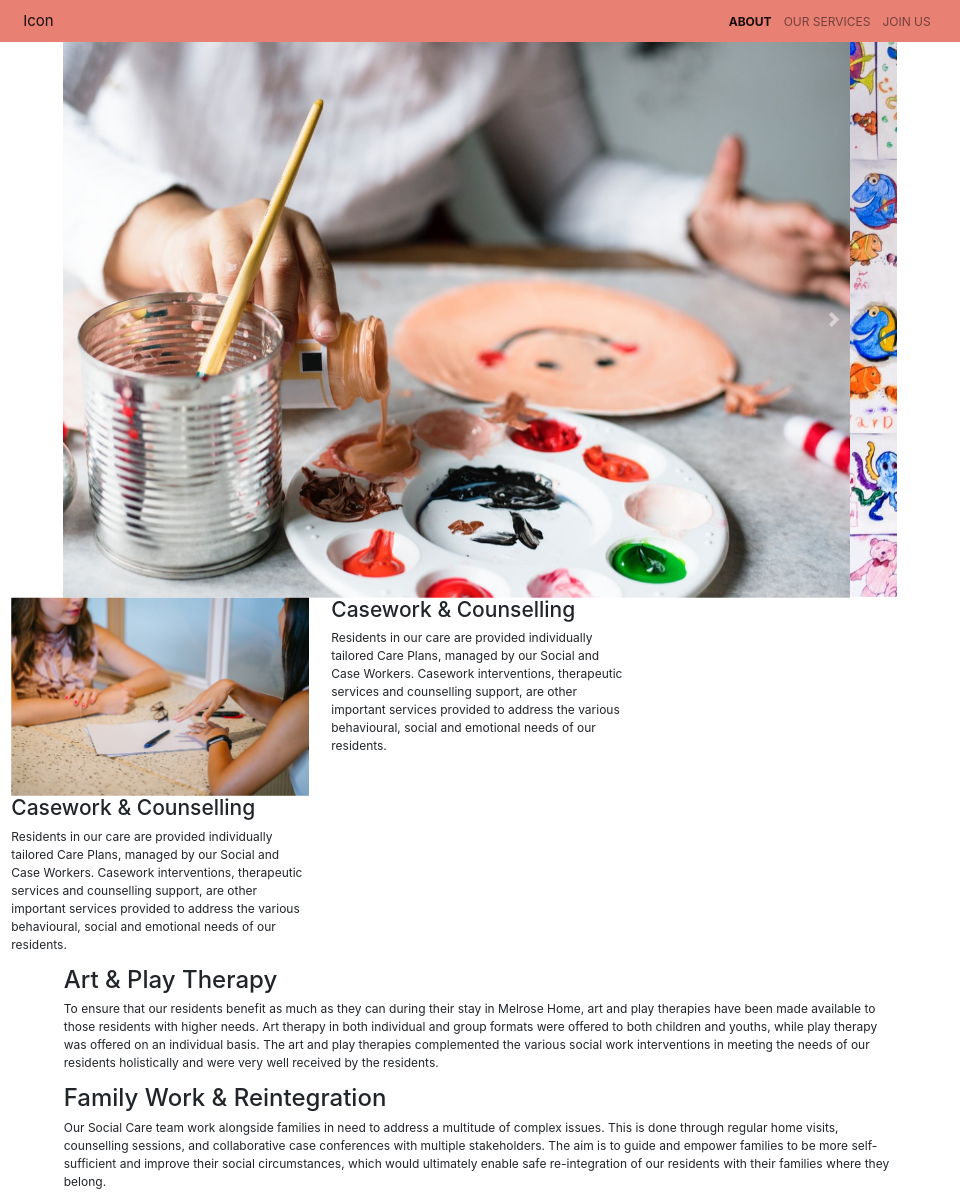
Repository: Code-Institute-Submissions/Jasonngyt-Project1
Page: services.html
The author's editor kept a record of every edit. The page is drawn from the files as they stood at one moment, then again after the next edit.
The browser window is 1280 px wide. The pictures show the whole page, at 75% of full size.
Some web fonts or font styles are not loaded; a fallback is used. Some web libraries are served in a nearby version.

Above is the page before.

### services.html
<!DOCTYPE html>
<html lang="en">
<head>
    <meta charset="UTF-8">
    <meta name="viewport" content="width=device-width, initial-scale=1.0">
    <meta http-equiv="X-UA-Compatible" content="ie=edge">
    <title>Our Services</title>

    <!-- Bootsrap CSS -->
    <link rel="stylesheet" href="https://stackpath.bootstrapcdn.com/bootstrap/4.3.1/css/bootstrap.min.css" integrity="sha384-ggOyR0iXCbMQv3Xipma34MD+dH/1fQ784/j6cY/iJTQUOhcWr7x9JvoRxT2MZw1T" crossorigin="anonymous">

    <!-- Font Awesome -->
    <script src="https://kit.fontawesome.com/749eb0769b.js"></script>

    <!--Google Font -->
    <link href="https://fonts.googleapis.com/css?family=PT+Serif+Caption&display=swap" rel="stylesheet">

    <!-- mystyle.css -->
    <link rel="stylesheet" href="CSSstyle/mystyle.css" type="text/css"/>

</head>
<body>

    <!-- Navbar -->
    <nav class="navbar navbar-expand-md navbar-light sticky-top">
        <div class="container-fluid">
            <a class="navbar-brand" href="index.html">Icon</a>
            <button class="navbar-toggler" type="button" data-toggle="collapse" data-target="#navbarSupportedContent">
                <span class="navbar-toggler-icon"></span>
            </button>

            <div class="collapse navbar-collapse" id="navbarSupportedContent">
                <ul class="navbar-nav ml-auto">
                    <li class="nav-item active">
                        <a class="nav-link nav text-uppercase" href="index.html"><strong>About</strong><span class="sr-only">(current)</span></a>
                    </li>
                    <li class="nav-item">
                        <a class="nav-link text-uppercase" href="services.html">Our Services</a>
                    </li>
                    <li class="nav-item">
                        <a class="nav-link text-uppercase" href="enquiry.html" tabindex="-1">Join Us</a>
                    </li>
                </ul>
            </div>
        </div>
    </nav>

    <!-- Event Photos -->
    <div class="container">
        <div id="carouselExampleControls" class="carousel slide" data-ride="carousel">
            <div class="carousel-inner">
                <div class="carousel-item active">
                    <img class="d-block w-100" src="image/artClass.jpg" alt="First slide">
                </div>
                <div class="carousel-item">
                    <img class="d-block w-100" src="image/drawing.jpg" alt="Second slide">
                </div>
                <div class="carousel-item">
                    <img class="d-block w-100" src="image/running.jpg" alt="Third slide">
                </div>
                <div class="carousel-item">
                    <img class="d-block w-100" src="image/game.jpg" alt="Fourth slide">
                </div>
            </div>
            <a class="carousel-control-prev" href="#carouselExampleControls" role="button" data-slide="prev">
                <span class="carousel-control-prev-icon"></span>
                <span class="sr-only">Previous</span>
            </a>
            <a class="carousel-control-next" href="#carouselExampleControls" role="button" data-slide="next">
                <span class="carousel-control-next-icon"></span>
                <span class="sr-only">Next</span>
            </a>
        </div>
    </div>

    <!-- Our Services -->

    <div class="container col-sm-12">
        <div class="row">
            <img src="image/conseling.jpg" class="col-sm-4">
            <div class="col-sm-4">
                <h3>Casework & Counselling</h3>
                <p>
                    Residents in our care are provided individually tailored Care Plans, managed by our Social and Case Workers.
                    Casework interventions, therapeutic services and counselling support, are other important services provided to address the various behavioural, social and emotional needs of our residents.
                </p>
            </div>
        </div>
    </div>

    <div class="container col-sm-12">
        <div class="row">
            <div class="col-sm-4">
                <h3>Casework & Counselling</h3>
                <p>
                    Residents in our care are provided individually tailored Care Plans, managed by our Social and Case Workers.
                    Casework interventions, therapeutic services and counselling support, are other important services provided to address the various behavioural, social and emotional needs of our residents.
                </p>
            </div>
        </div>
    </div>

    <div class="container">
        <h2>Art & Play Therapy</h2>
        <p>
            To ensure that our residents benefit as much as they can during their stay in Melrose Home, art and play therapies have been made available to those residents with higher needs.
            Art therapy in both individual and group formats were offered to both children and youths, while play therapy was offered on an individual basis.
            The art and play therapies complemented the various social work interventions in meeting the needs of our residents holistically and were very well received by the residents.
        </p>
    </div>
    <div class="container">
        <h2>Family Work & Reintegration</h2>
        <p>
            Our Social Care team work alongside families in need to address a multitude of complex issues.  This is done through regular home visits, counselling sessions, and collaborative case conferences with multiple stakeholders.

            The aim is to guide and empower families to be more self-sufficient and improve their social circumstances, which would ultimately enable safe re-integration of our residents with their families where they belong.
        </p>
    </div>

    <!- Bootstrap Javascript -->
    <script src="https://code.jquery.com/jquery-3.3.1.slim.min.js" integrity="sha384-q8i/X+965DzO0rT7abK41JStQIAqVgRVzpbzo5smXKp4YfRvH+8abtTE1Pi6jizo" crossorigin="anonymous"></script>
    <script src="https://cdnjs.cloudflare.com/ajax/libs/popper.js/1.14.7/umd/popper.min.js" integrity="sha384-UO2eT0CpHqdSJQ6hJty5KVphtPhzWj9WO1clHTMGa3JDZwrnQq4sF86dIHNDz0W1" crossorigin="anonymous"></script>
    <script src="https://stackpath.bootstrapcdn.com/bootstrap/4.3.1/js/bootstrap.min.js" integrity="sha384-JjSmVgyd0p3pXB1rRibZUAYoIIy6OrQ6VrjIEaFf/nJGzIxFDsf4x0xIM+B07jRM" crossorigin="anonymous"></script>
</body>
</html>

### CSSstyle/mystyle.css
.navbar{
    background-color: #E98074;
}
.nav {
    text-transform: uppercase
}

.about_font {
    font-family: 'PT Serif Caption', serif;
}

.about{
    background-color: #EAE7DC;
    padding: 0px;
    margin: 0px;
}

.about_bg {
    position: relative;
    background-image: url("../image/superchild.jpg");
    padding: 0%;
    width: 100%;
    height: 80vh;
    background-position: center;
    background-repeat: no-repeat;
    background-size: cover;
}

.statistic {
    height: 150px;
    background-color: #E85A4F;
    margin: 20px;
    color: white;
    padding: 20px;
}

After the next edit:
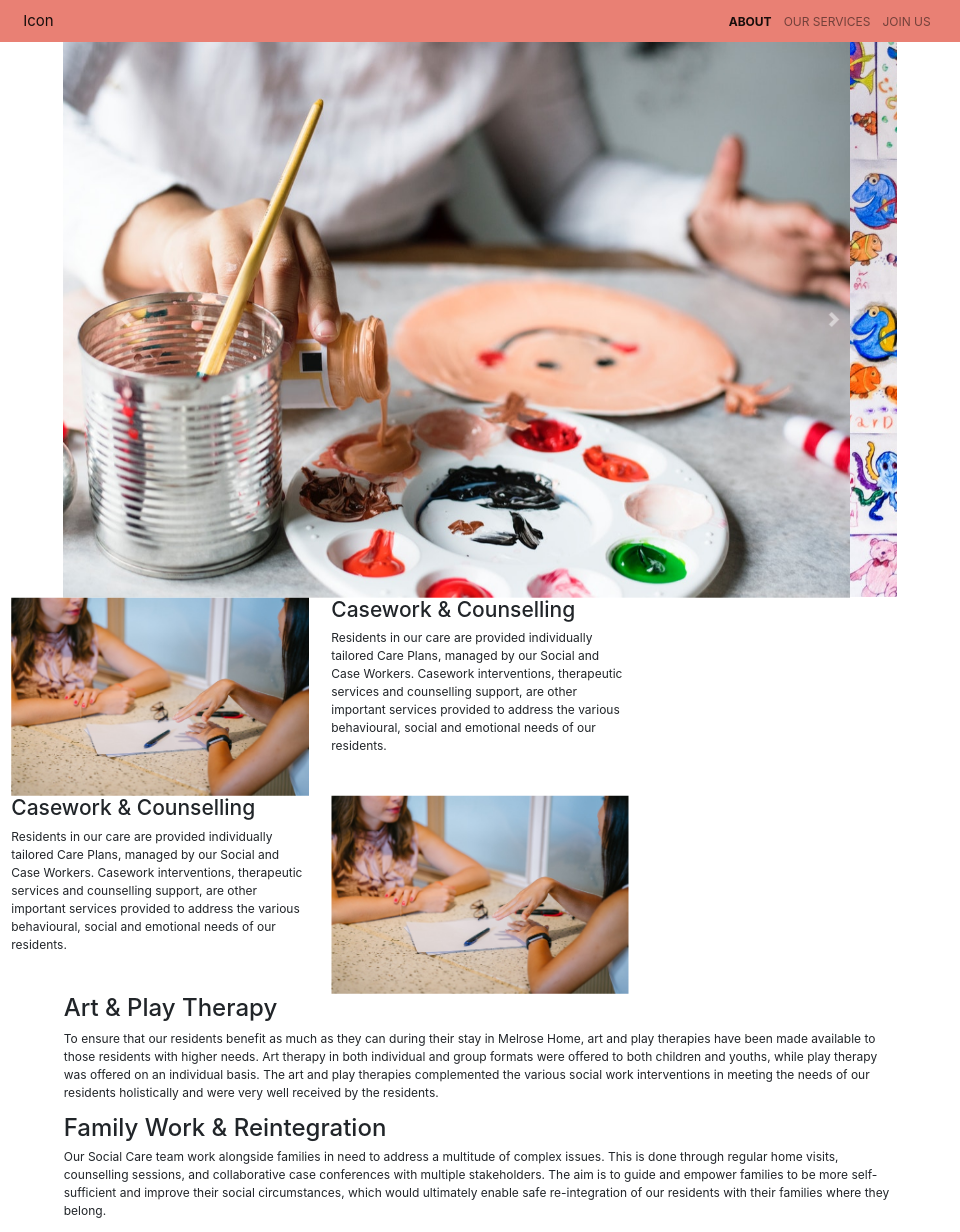
The edit:
--- a/services.html
+++ b/services.html
@@ -97,6 +97,7 @@
                     Casework interventions, therapeutic services and counselling support, are other important services provided to address the various behavioural, social and emotional needs of our residents.
                 </p>
             </div>
+            <img src="image/conseling.jpg" class="col-sm-4">
         </div>
     </div>
 
